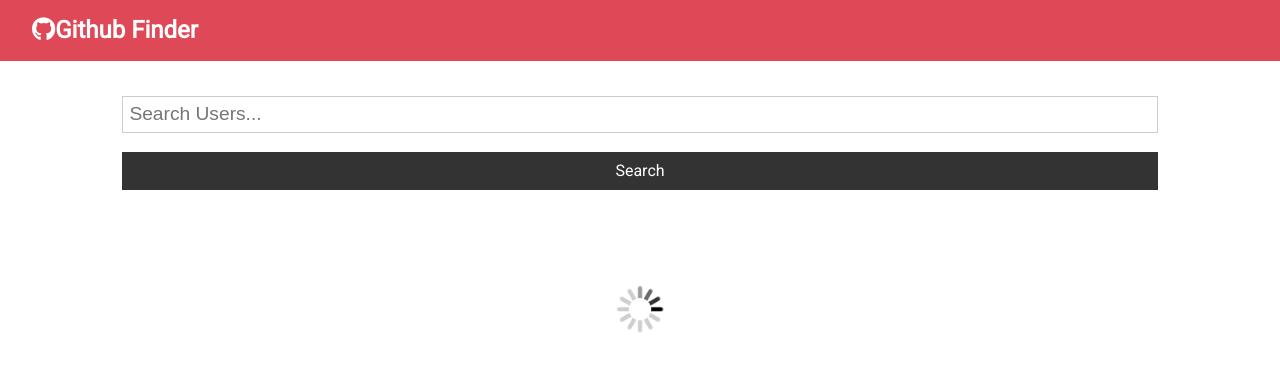
Repository: messimacky/github-finder
Page: /
The author's editor kept a copy of each file at every save. The page is drawn from the files as they stood at one save, then again after the next save.
The browser window is 1280 px wide. The pictures show the whole page.
The page's requests for data from a server got no answer. Some web libraries are served in a nearby version. The project was rebuilt for these pictures with package versions that can differ from the ones it lists, and the page was loaded fresh each time. No one was signed in, and anything a server would have sent is missing. Also part of the build but not shown: src/users/UserItem.js.

Above is the page before, as saved 2022-02-22 12:28:09.

After the next save:
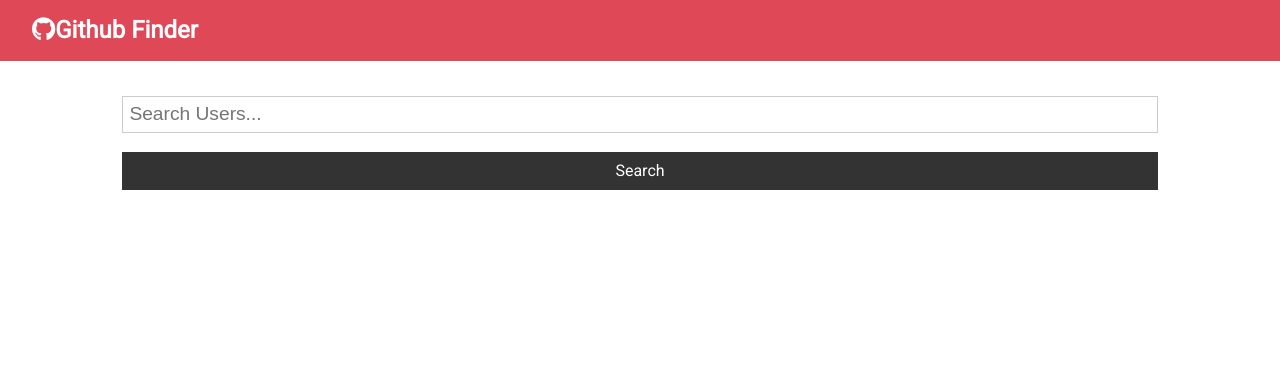
Saved 46 s later.
--- a/src/App.js
+++ b/src/App.js
@@ -12,17 +12,17 @@
     loading: false
   }
 
-  async componentDidMount() {
-    this.setState({ loading: true });
+  // async componentDidMount() {
+  //   this.setState({ loading: true });
 
-    const res = await axios.get(
-      `https://api.github.com/users?client_id=$
-    {process.env.REACT_APP_GITHUB_CLIENT_ID
-    }&client_secret=${process.env.REACT_APP_GITHUB_CLIENT_SECRET}`
-    );
+  //   const res = await axios.get(
+  //     `https://api.github.com/users?client_id=$
+  //   {process.env.REACT_APP_GITHUB_CLIENT_ID
+  //   }&client_secret=${process.env.REACT_APP_GITHUB_CLIENT_SECRET}`
+  //   );
 
-    this.setState({ users: res.data, loading: false });
-  }
+  //   this.setState({ users: res.data, loading: false });
+  // }
 
   //Search Github users
   searchUsers = async text => {
